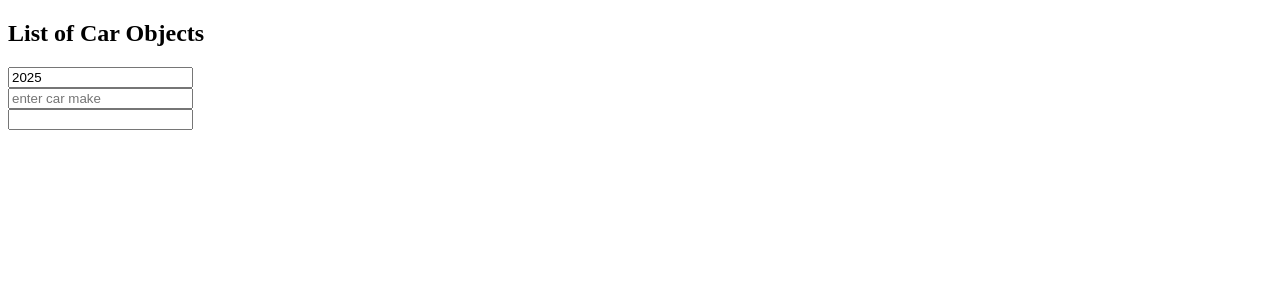
Repository: wakoya-tech/my-react-practice
Page: /
The author's editor kept a copy of each file at every save. The page is drawn from the files as they stood at one save, then again after the next save.
The browser window is 1280 px wide. The pictures show the whole page.
The project was rebuilt for these pictures with package versions that can differ from the ones it lists, and the page was loaded fresh each time. Also part of the build but not shown: vite.config.js, src/index.css.

Above is the page before, as saved 2025-10-04 11:13:03.

### src/App.jsx

import CarList from './CarList.jsx';


function App() {

  return (
<CarList/>
  );
}
export default App;

### src/CarList.jsx
import { useState } from 'react';
function CarList(){
    const [Cars,setCars]=useState([]);
    const [carYear,setCarYear]=useState(new Date().getFullYear());
    const [carMake,setCarMake]=useState("");
    const [carModel,setCarModel]=useState("");
    function handleAddCar(){
        const newCar={
            year:carYear,
            make:carMake,
            model:carModel
        };
        setCars(c=>[...c,newCar]);
        setCarYear(new Date().getFullYear());

    }
    function handleRemovedCar(index){
        setCars(c=>c.filter((_,i)=> i !== index));
    }
    function handleYearChange(){

    }
    function handleMakeChange(){

    }
    function handleModelChange(){

    }
    return(<>
    <h2>List of Car Objects</h2>
    <u>

    </u>
    <input type="number" value={carYear} onChange={handleYearChange} />
    <br />
    <input placeholder="enter car make" type="text" value={carMake} onChange={handleMakeChange} />
    <br />
    <input  type="text" value={carModel} onChange={handleModelChange} />
    </>)
}
export default CarList

Loaded but not shown: index.html (common file); src/main.jsx (common file)

After the next save:
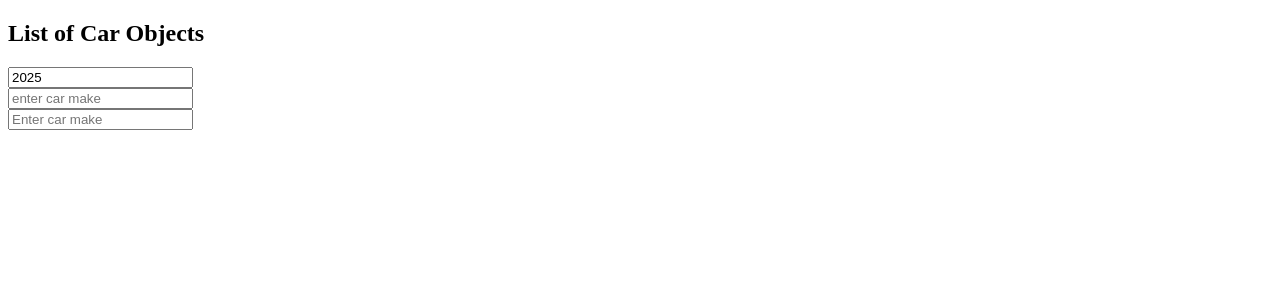
Saved 24 s later.
--- a/src/CarList.jsx
+++ b/src/CarList.jsx
@@ -35,7 +35,7 @@ function CarList(){
     <br />
     <input placeholder="enter car make" type="text" value={carMake} onChange={handleMakeChange} />
     <br />
-    <input  type="text" value={carModel} onChange={handleModelChange} />
+    <input placeholder='Enter car make' type="text" value={carModel} onChange={handleModelChange} />
     </>)
 }
 export default CarList
